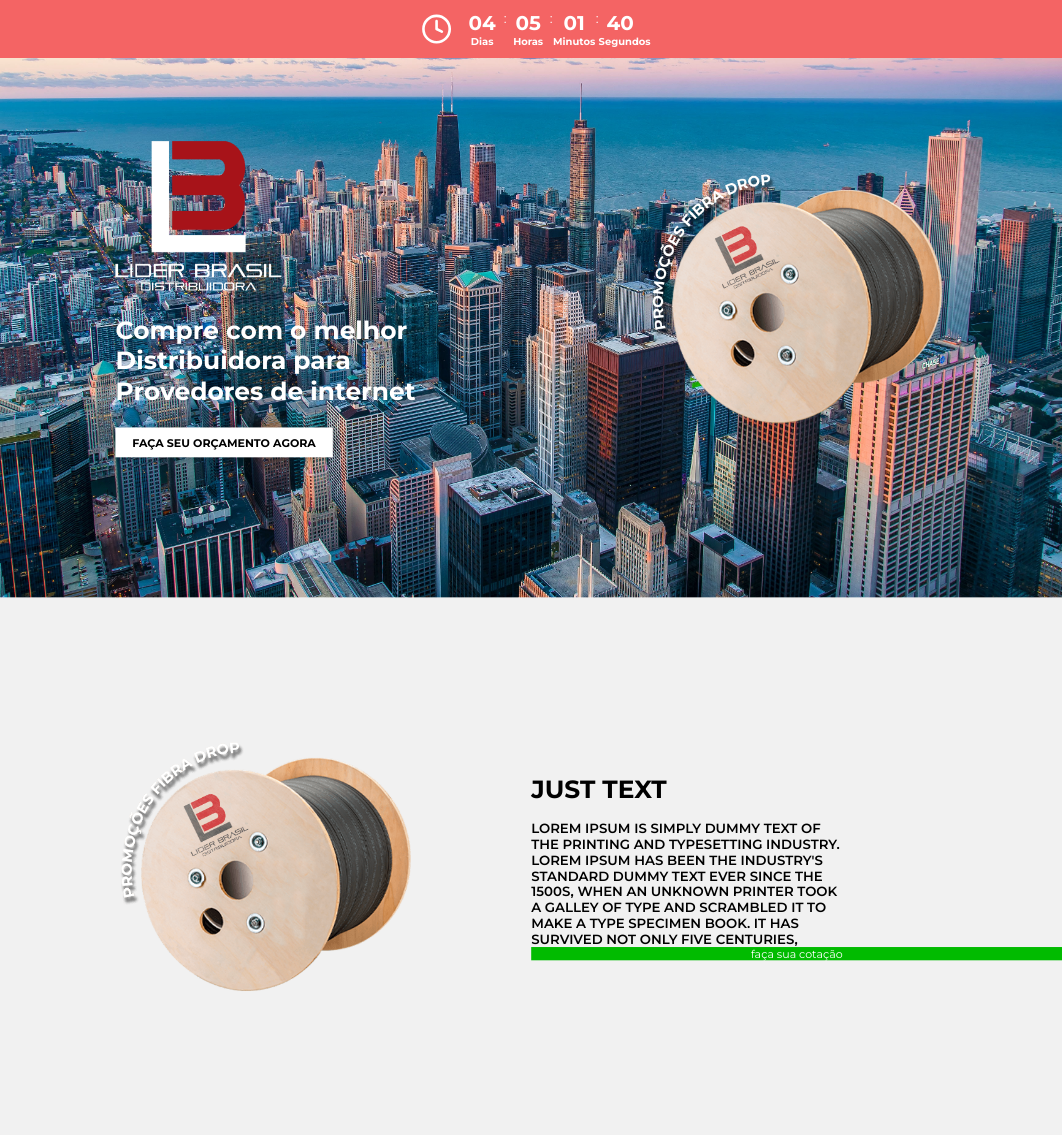
Repository: mateus-henrique-silva/landing_drop
Page: index.html
The author's editor kept a copy of each file at every save. The page is drawn from the files as they stood at one save, then again after the next save.
The browser window is 1280 px wide. The pictures show the whole page, at 83% of full size.
Backgrounds fixed to the window are drawn as part of the page. Some web fonts or font styles are not loaded; a fallback is used.

Above is the page before, as saved 2022-08-26 13:08:22.

### index.html
<!DOCTYPE html>
<html lang="en">
  <head>
    <meta charset="UTF-8" />
    <meta http-equiv="X-UA-Compatible" content="IE=edge" />
    <meta name="viewport" content="width=device-width, initial-scale=1.0" />
    <link rel="stylesheet" href="./src/CSS/Footer/Styles.css" />
    <link rel="stylesheet" href="./src/CSS/Header/styles.css" />
    <link rel="stylesheet" href="./src/CSS/Main/styles.css" />
    <link rel="stylesheet" href="./src/CSS/Global.css" />
    <link rel="stylesheet" href="./src/CSS/Header/Clock/styles.css" />
    <link rel="stylesheet" href="./src/CSS/Main/cotação/cotacao.css" />
    <title>Drop Líder Brasil</title>
  </head>
  <body>
    <header>
      <img src="./src/Assets/clock.svg" alt="imagem icon" srcset="" />

      <div class="regressive-count">
        <div class="ajust">
          <div id="day">00</div>
          <p style="font-size: 12px">Dias</p>
        </div>
        <span>:</span>
        <div class="ajust">
          <div id="hour">00</div>
          <p style="font-size: 12px; text-align: center">Horas</p>
        </div>
        <span>:</span>
        <div class="ajust">
          <div id="minute">00</div>
          <p style="font-size: 12px">Minutos</p>
        </div>
        <span>:</span>
        <div class="ajust">
          <div id="sec">00</div>
          <p style="font-size: 12px">Segundos</p>
        </div>
      </div>
    </header>
    <main>
      <section class="main">
        <div class="main-first">
          <div class="main-first-two">
            <img src="./src/Assets/logo.png" alt="" class="logo" />
            <div class="text-main">
              <p>Compre com o melhor</p>
              <p>Distribuidora para</p>
              <p>Provedores de internet</p>
            </div>

            <button class="btn-main-first">Faça seu Orçamento Agora</button>
          </div>
        </div>
        <div class="main-second">
          <img src="./src/Assets/lb.png" alt="" class="img-drop" />
        </div>
      </section>

      <section class="icons"></section>
      <section class="cotacao">
        <div class="img-king-cable">
          <img src="./src/Assets/lb.png" alt="" class="king">
        </div>
        <div class="just-text">
          <h2>just text</h2>
          <p>
            Lorem Ipsum is simply dummy text of the printing and typesetting
            industry. Lorem Ipsum has been the industry's standard dummy text
            ever since the 1500s, when an unknown printer took a galley of type
            and scrambled it to make a type specimen book. It has survived not
            only five centuries,
          </p>
          <button class="btn-king">
            faça sua cotação
          </button>
        </div>
      </section>
    </main>
    <footer></footer>
    <script src="./src/Script/clock/script.js"></script>
  </body>
</html>

### src/CSS/Footer/Styles.css
footer{
    width: 100%;
}

### src/CSS/Header/styles.css
header{
    width:100%;
    position: fixed;
    background-color: #f46464;
    height:70px;
    display:flex;
    position:fixed;
    align-items:center;
    justify-content:center;
}


header img{
    width:38px;
    height:38x;
}

### src/CSS/Main/styles.css
main {
  width: 100%;
  max-width: 100vw;
}

.main {
  width: 100%;
  height: 100vh;
  display: flex;
  background: url("../../Assets/city.jpg") no-repeat fixed center;
  background-size: cover;
}

.main .main-first {
  display: flex;
  flex-direction: column;
  width: 50vw;
  align-items: center;
  justify-content: center;
  height: 100%;
}

.main .main-first img {
  width: 200px;
  height: 180px;
}
.main .main-first .text-main {
  color: white;
  margin-top: 25px;

  font-size: 30px;
  font-weight: bold;
  text-align: left ;
}
.main .main-second {
  width: 50vw;
  height: 100%;
  justify-content: center;
  align-items: center;
  display: flex;
}
.main .main-second img {
  width: 350px;
  height: 300px;
}

.btn-main-first {
  text-transform: uppercase;
  font-weight: bold;
  margin-top: 25px;
  cursor: pointer;
  padding: 10px 20px 10px;
  background-color: white;
  -webkit-box-shadow: 0px 0px 11px 1px rgba(0, 0, 0, 0.36);
  box-shadow: 0px 0px 11px 1px rgba(0, 0, 0, 0.36);
}


@media(max-width:836px){
  .main{
    display: block;
  }


.main .main-first {
  width: 100%;
  display: flex;
  flex-direction: column;
  justify-content: center;
  align-items: center;
  text-align: center;
}

.main .main-first .main-first-two .logo {
  width:160px;
  height: 150px;
  margin-top: 100px;
}
.text-main{
  text-align: center!important;
}
.main .main-second {
width: 100%;

margin-top:50px;

}

.main{
  height: 100%;
}
}

### src/CSS/Global.css


@import url('https://fonts.googleapis.com/css2?family=Blaka+Hollow&family=Cormorant+Garamond:ital,wght@0,300;0,400;0,500;0,600;0,700;1,300;1,400;1,500;1,600;1,700&family=Montserrat:ital,wght@0,100;0,200;0,300;0,400;0,500;0,600;0,700;0,800;0,900;1,100;1,200;1,300;1,400;1,500;1,600;1,700;1,800;1,900&family=Poppins:ital,wght@0,100;0,200;0,300;0,400;0,500;0,600;0,700;0,800;0,900;1,100;1,200;1,300;1,400;1,500;1,600;1,700;1,800;1,900&display=swap');
*{
    margin: 0;
    padding: 0;
    border: 0;
    font-family: 'Montserrat', sans-serif;
}

### src/CSS/Header/Clock/styles.css
header .regressive-count{
    display: flex;
    color: white;
    margin-left:10px;


}

header .regressive-count div{
   font-size:24px;
   font-weight:bold;



}

.ajust{
    text-align:center;
    width:52px;
}

### src/CSS/Main/cotação/cotacao.css
.cotacao {
  width: 100%;
  display: flex;
  height: 90vh;
  background-color:#f1f1f1;
  justify-content: center;
  align-items: center;
}
.img-king-cable{
    display: flex;
    justify-content:center;
    width: 50vw;
}

.img-king-cable .king{
  width: 350px;
  height:300px;
}

.just-text{
    display: flex;
    flex-direction: column;
    justify-content:center;
    color: black;
    width:50vw;
}

.just-text h2{
    font-size: 30px;
    text-transform: uppercase;
    font-weight:bold;
    margin-bottom: 20px;
}

.just-text p{
    text-transform: uppercase;
    font-weight:600;
    width: 60%;
}
.btn-king{
    cursor: pointer;
    color: white;
    background-color: #01bb00;
    padding: 10px:
}
@media(max-width: 836px){
    .just-text{

        width:100%;
    }
    .img-king-cable{

        width: 100%;
    }

    .cotacao {
        flex-direction: column;
       text-align: center;
    }
    .just-text p{

        width: 100%;
    }
}

### src/Assets/clock.svg
<svg xmlns="http://www.w3.org/2000/svg" width="24" height="24" viewBox="0 0 24 24" fill="none" color="white" stroke="currentColor" stroke-width="2" stroke-linecap="round" stroke-linejoin="round" class="feather feather-clock"><circle cx="12" cy="12" r="10"></circle><polyline points="12 6 12 12 16 14"></polyline></svg>

### src/Script/clock/script.js
let to = new Date("aug 30 2022 18:00:0");
function uptade() {
  let from = new Date();
  diff = to - from;

  (day = setTwoDigit(Math.floor(diff / 1000 / 60 / 60 / 24))),
    (hour = setTwoDigit(Math.floor(diff / 1000 / 60 / 60) % 24)),
    (minute = setTwoDigit(Math.floor(diff / 1000 / 60) % 60)),
    (sec = setTwoDigit(Math.floor(diff / 1000) % 60)),
    (document.querySelector("#day").innerText = day);
  document.querySelector("#hour").innerText = hour;
  document.querySelector("#minute").innerText = minute;
  document.querySelector("#sec").innerText = sec;
}

let interval = setInterval(uptade, 1000);
function setTwoDigit(argument){
    return argument>9?argument:'0'+argument;
}

After the next save:
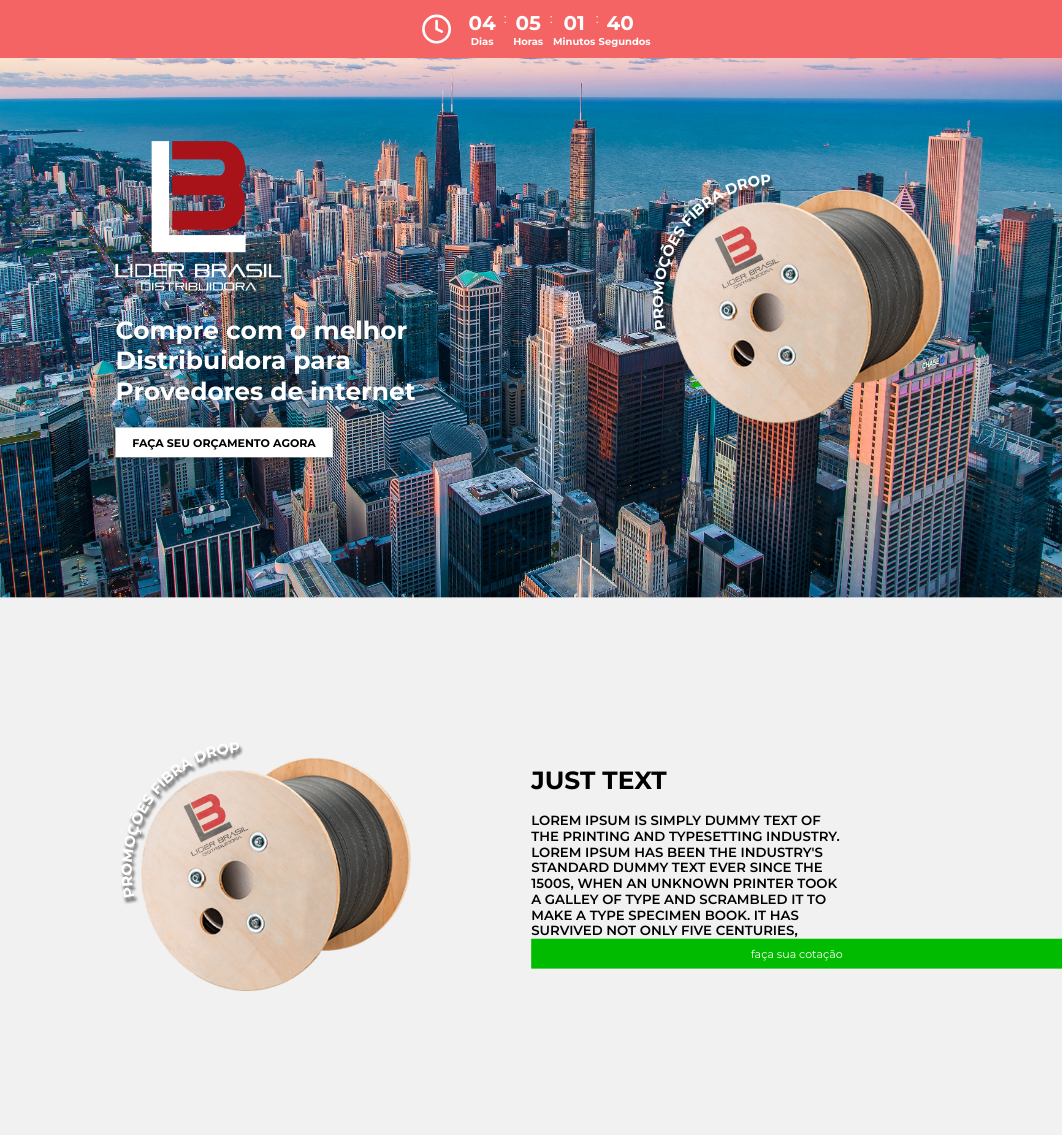
Saved 5 s later.
--- a/src/CSS/Main/cotação/cotacao.css
+++ b/src/CSS/Main/cotação/cotacao.css
@@ -41,7 +41,7 @@
     cursor: pointer;
     color: white;
     background-color: #01bb00;
-    padding: 10px:
+    padding: 10px 10px 10px;
 }
 @media(max-width: 836px){
     .just-text{

After the save that followed:
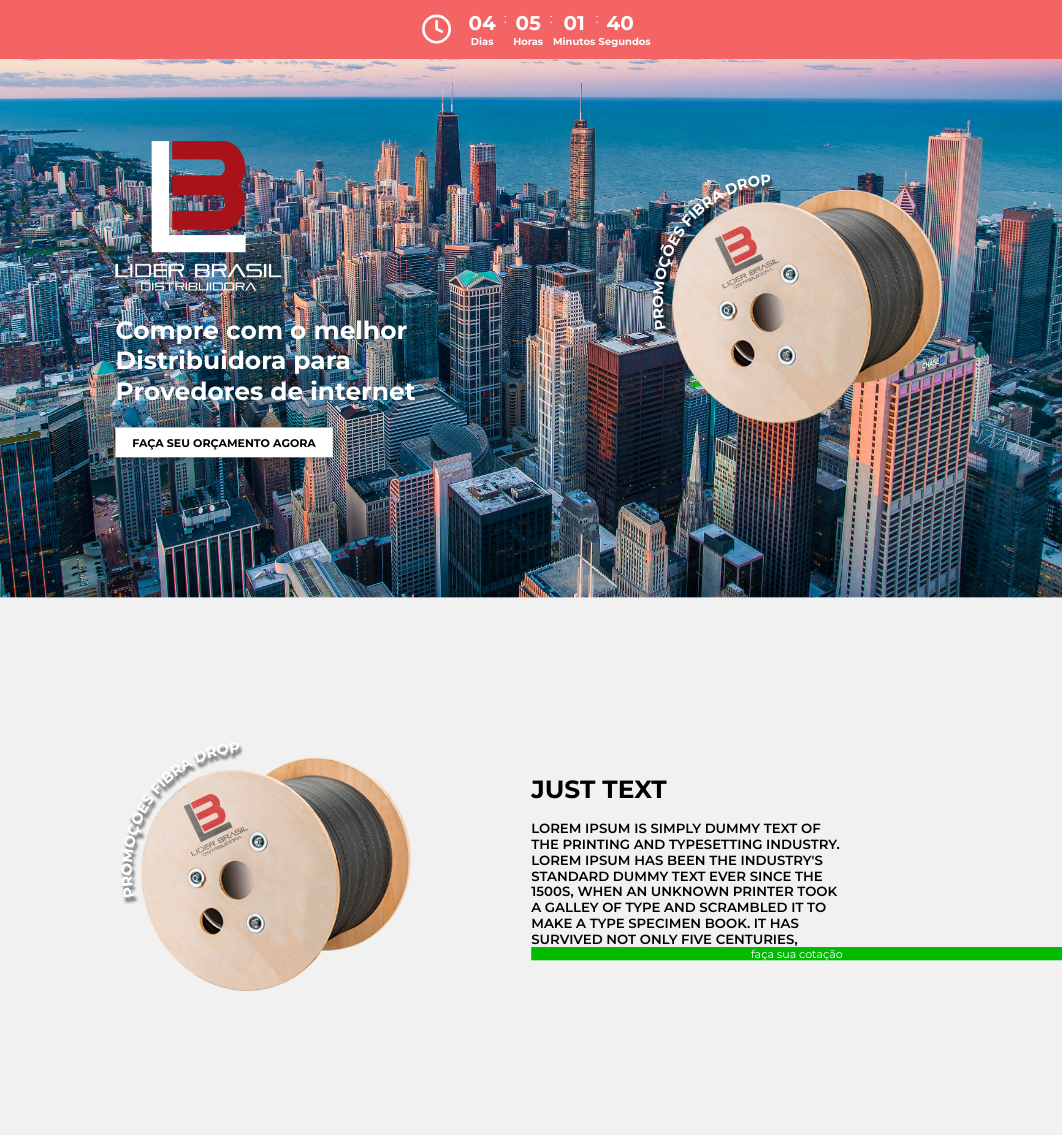
Saved 13 s later.
--- a/src/CSS/Main/cotação/cotacao.css
+++ b/src/CSS/Main/cotação/cotacao.css
@@ -41,7 +41,7 @@
     cursor: pointer;
     color: white;
     background-color: #01bb00;
-    padding: 10px 10px 10px;
+   wi
 }
 @media(max-width: 836px){
     .just-text{
